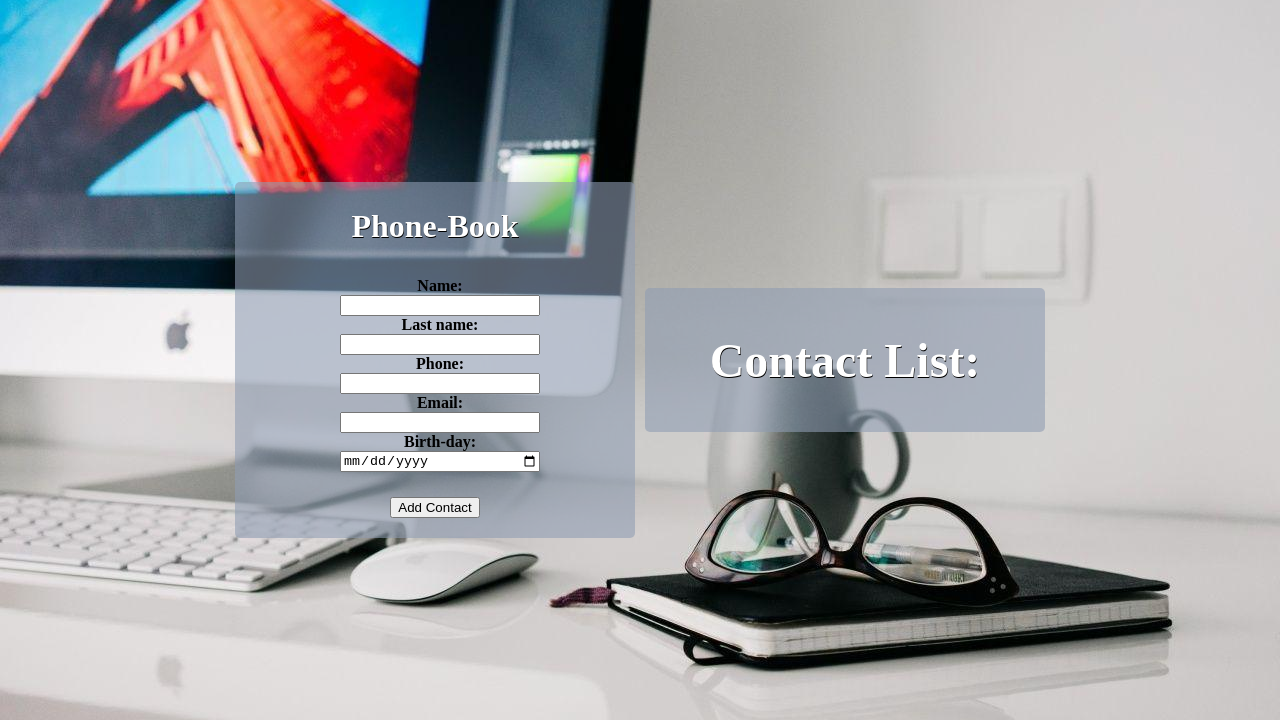
Repository: STA1357/Phone-book
Page: Inner.html
These files come from the project's save history. The page is drawn as it stood at one moment and after the next save; the edit follows.
The browser window is 1280 px wide. The pictures show the whole page.

Above is the page before, as saved 2020-12-10 11:57:48.

After the next save:
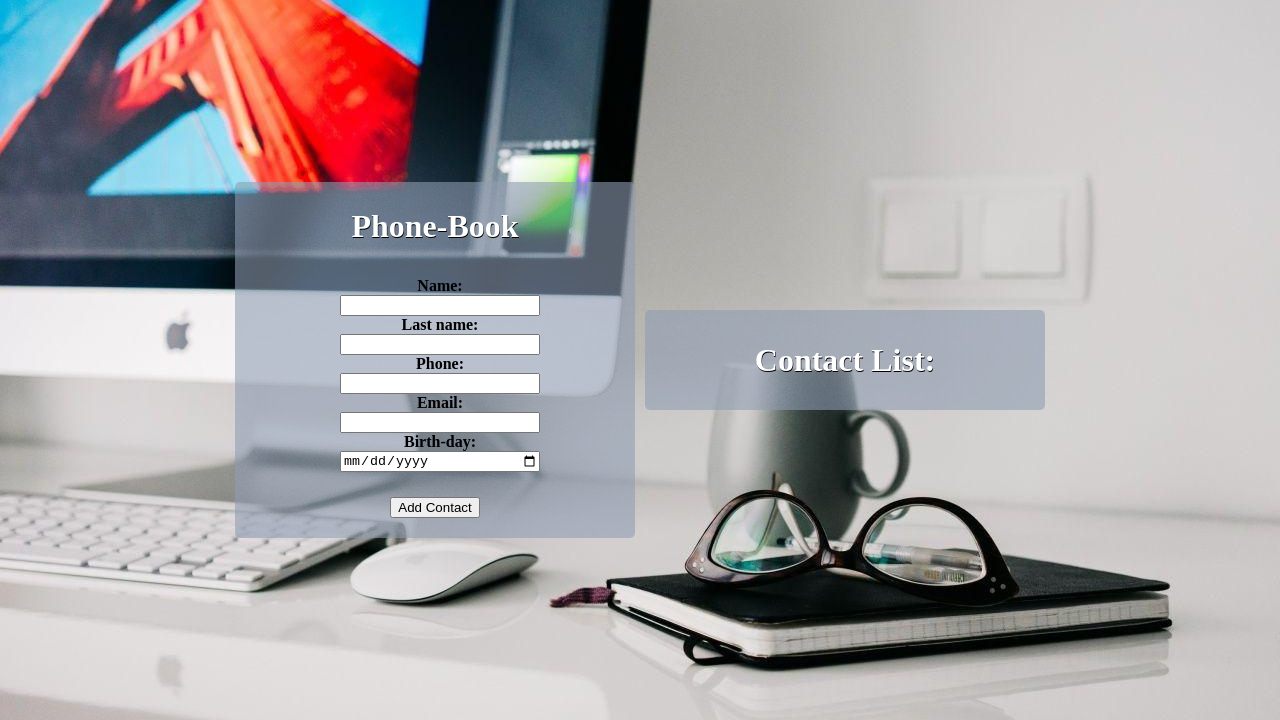
Saved 6 s later.
--- a/styles.css
+++ b/styles.css
@@ -51,7 +51,7 @@ main{
 .listTitle{
     color: white;
     text-shadow: 0.5px 0.5px black;
-    font-size: 48px;
+    font-size: 32px;
 }
 
 h2{
